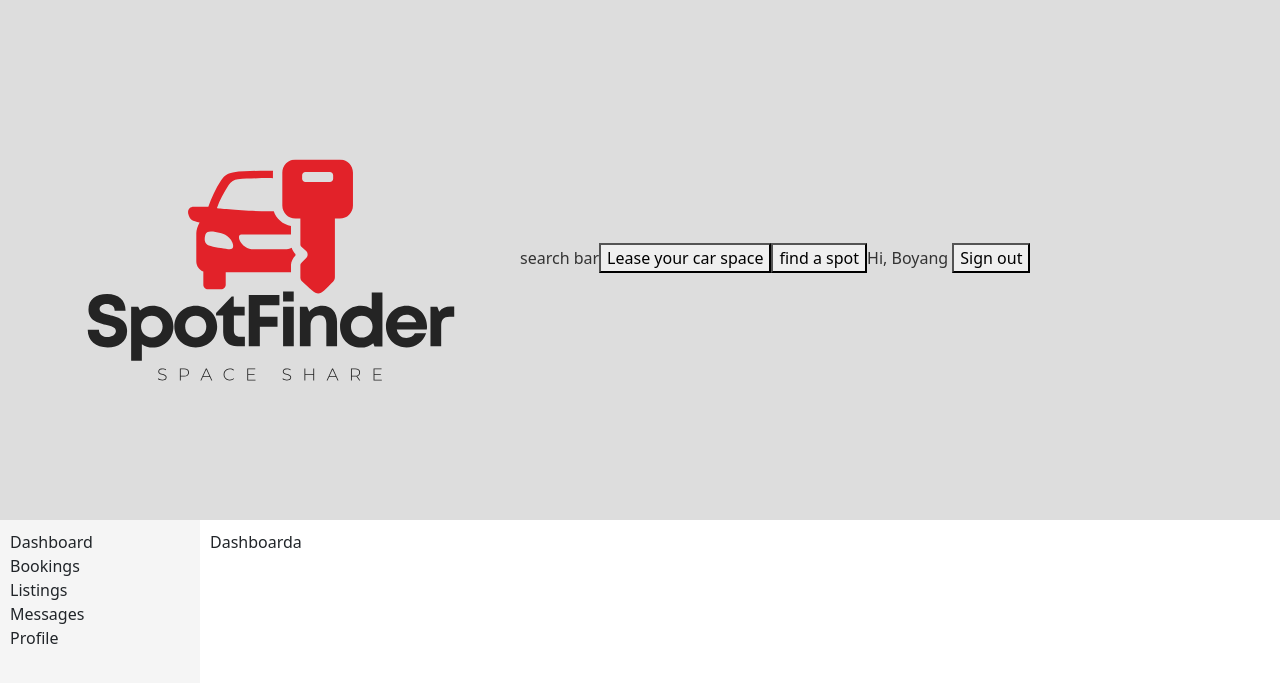
Repository: UNSWSpotFinder/SpotFinder
Page: /dashboard (app in frontend/)
The author's editor kept a copy of each file at every save. The page is drawn from the files as they stood at one save, then again after the next save.
The browser window is 1280 px wide. The pictures show the whole page.
The project was rebuilt for these pictures with package versions that can differ from the ones it lists, and the page was loaded fresh each time. Also part of the build but not shown: frontend/src/Login.css, frontend/src/Login.jsx, frontend/src/Regist.css, frontend/src/Regist.jsx, frontend/src/HomePage.jsx, frontend/src/App.css, frontend/src/components/Bookings.jsx, frontend/src/components/Listings.jsx and 2 more.

Above is the page before, as saved 2024-03-09 18:52:03.

### frontend/src/App.jsx
import logo from './logo.svg';
import React, {
  useState,
  useEffect,
  useRef,
  ChangeEvent,
  LabelHTMLAttributes,
  createContext,
  useContext,
  ReactNode,
} from 'react';
import {HomePageLarge,HomePageAdminSmall,HomePageAdminLarge,HomePageSmall} from './HomePage';
import { ErrorProvider, GlobalSnackbar, ErrorContext } from './API';
import { BrowserRouter, Routes, Route, Link } from 'react-router-dom';
import './App.css';

// 导入Dashboard相关页面组件
import DashboardTop from './components/DashboardTop';
import Dashboard from './components/Dashboard';
import Bookings from './components/Bookings';
import Listings from './components/Listings';
import Profile from './components/Profile';
import Messages from './components/Messages';

function App() {
  const [windowWidth, setWindowWidth] = useState(window.innerWidth);
  useEffect(() => {
    // 添加一个事件监听器，以便在窗口大小改变时更新windowWidth状态
    const handleResize = () => {
      setWindowWidth(window.innerWidth);
    };
    window.addEventListener('resize', handleResize);
    // 清除事件监听器以避免内存泄漏
    return () => {
      window.removeEventListener('resize', handleResize);
    };
  }, []);
  let layoutComponentHost;
  let LayoutComponentHome;
  let LayoutDetail;
  if (windowWidth > 760) {
    layoutComponentHost = null;
    LayoutComponentHome = <HomePageLarge/>;
    LayoutDetail = null;
  } else {
    layoutComponentHost = null;
    LayoutComponentHome = <HomePageSmall/>;;
    LayoutDetail = null;
  }
  return(
    <ErrorProvider>
      <GlobalSnackbar/>
        <BrowserRouter>
          <Routes>
            <Route path="/user/*" element={LayoutComponentHome} />
            {/* DashboardTop作为父路由 */}
            <Route path="/dashboard" element={<DashboardTop />}>
            <Route index element={<Dashboard />} />
            <Route path="bookings" element={<Bookings />} />
            <Route path="listings" element={<Listings />} />
            <Route path="messages" element={<Messages />} />
            <Route path="profile" element={<Profile />} />
          </Route>
            {/* Keep the wildcard route to catch all and render Home */}
            <Route path="/*" element={LayoutComponentHome} />
          </Routes>
        </BrowserRouter>
    </ErrorProvider>
  )
}

export default App;

### frontend/src/API.jsx
import Alert from '@mui/material/Alert';
import Snackbar from '@mui/material/Snackbar';
import Button from '@mui/material/Button';
import Stack from '@mui/material/Stack';
import React, { useState, useEffect, createContext,useContext } from 'react';

import { styled } from '@mui/material';
const port = '8080';
export const meetErrorLog = (error) => {
    console.log(error);
    let errorText = '';
    // switch case to show the error
    switch (error) {
      case 'info':
        errorText = 'Invalid username or password !';
        break;
      case 'access':
        errorText = 'No permission, please log in first!';
        break;
      default:
        errorText = 'Network error! Please try again.';
        break;
    }
    return errorText;
  };
export const ErrorContext = createContext({
    snackbarData: { severity: 'info', message: '1',timestamp: new Date().getTime()},
    setOpenSnackbar: () => {}, // 提供一个空函数避免调用时出错
  });
export const useError = () => useContext(ErrorContext);
export const ErrorProvider = ({ children }) => {
  const [snackbarData, setSnackbarData] = useState({
    severity: 'success',
    message: '',
    timestamp: new Date().getTime()
  });
  const setOpenSnackbar = (data) => {
    setSnackbarData(data);
  };
  return (
    <ErrorContext.Provider value={{snackbarData,setOpenSnackbar}}>
      {children}
    </ErrorContext.Provider>
  );
};
// The message to be displayed in the Snackbar
export const GlobalSnackbar = () => {
const { snackbarData, setOpenSnackbar } = useError();
// State to manage the visibility of the Snackbar
const [open, setOpen] = useState(false);
  useEffect(() => {
    console.log('Alert severity:', snackbarData.severity);
    console.log('Alert :', snackbarData.message);
    if (snackbarData.message) {
      setOpen(true);
    }
  }, [snackbarData.message, snackbarData.timestamp]);

  const handleClose = (event, reason) => {
    if (reason === 'clickaway') {
      return;
    }
    setOpen(false);
  };

return (
    // Snackbar component with automatic hiding and custom styling
    <Snackbar open={open} autoHideDuration={6000} onClose={handleClose}>
        <Alert onClose={handleClose} severity={snackbarData.severity}>
        {snackbarData.message}
        </Alert>
  </Snackbar>
);
};
export const callAPIsendEmailCode = (path,input)=>{
    return new Promise((resolve, reject) =>{
        fetch('http://localhost:'+String(port)+'/'+String(path),{
        method:'POST',
        headers: { 'Content-Type': 'application/json' },
        body:JSON.stringify(input),
        })
        .then((response)=>{
            if(response.ok){
                console.log('success');
                console.log(response);
                return resolve(response);
            }
            else if (response.status===400){
                const errorReason = 'Email not correct!';
                return reject(errorReason);
            }
            else{
                const errorReason = 'There is a problem with the network connection!';
                return reject(errorReason);
            }
        })
        .catch((error)=>{
            console.log(error);
        })
    })

}
export const callAPIverifyEmailCode = (path,input)=>{
    return new Promise((resolve, reject) =>{
        console.log(input);
        console.log('http://localhost:'+String(port)+'/'+String(path));
        fetch('http://localhost:'+String(port)+'/'+String(path),{
        method:'POST',
        headers: { 'Content-Type': 'application/json' },
        body:JSON.stringify(input),
        })
        .then((response)=>{
            if(response.ok){
                console.log('success');
                return resolve(response.json());
            }
            else if (response.status===400){
                const errorReason = 'Incorrect verification code.';
                return reject(errorReason);
            }
            else{
                const errorReason = 'There is a problem with the network connection!';
                return reject(errorReason);
            }
        })
        .catch((error)=>{
            console.log(error);
        })
    })

}
export const callAPIloginUser=(path,input)=>{

}
// 用户注册
export const callAPIRegistUser=(path,input)=>{
     return new Promise((resolve, reject) =>{
        console.log(input);
        console.log('http://localhost:'+String(port)+'/'+String(path));
        fetch('http://localhost:'+String(port)+'/'+String(path),{
        method:'POST',
        headers: { 'Content-Type': 'application/json' },
        body:JSON.stringify(input),
        })
        .then((response)=>{
            if(response.ok){
                console.log('success');
                return resolve(response.json());
            }
            else if (response.status===417){
                const errorReason = 'This email has been registed!';
                return reject(errorReason);
            }
            else{
                const errorReason = 'There is a problem with the network connection!';
                return reject(errorReason);
            }
        })
        .catch((error)=>{
            console.log(error);
        })
    })
}
// 用户登录
export const callAPILoginUser=(path,input)=>{
    return new Promise((resolve, reject) =>{
       console.log(input);
       console.log('http://localhost:'+String(port)+'/'+String(path));
       fetch('http://localhost:'+String(port)+'/'+String(path),{
       method:'POST',
       headers: { 'Content-Type': 'application/json' },
       body:JSON.stringify(input),
       })
       .then((response)=>{
           if(response.ok){
               console.log('success');
               return resolve(response.json());
           }
           else if (response.status===401){
               const errorReason = 'Username does not exist or password is incorrect!';
               return reject(errorReason);
           }
           else{
               const errorReason = 'There is a problem with the network connection!';
               return reject(errorReason);
           }
       })
       .catch((error)=>{
           console.log(error);
       })
   })
}
// 密码修改
export const callAPIResetPwdUser=(path,input)=>{
    return new Promise((resolve, reject) =>{
       console.log(input);
       console.log('http://localhost:'+String(port)+'/'+String(path));
       fetch('http://localhost:'+String(port)+'/'+String(path),{
       method:'POST',
       headers: { 'Content-Type': 'application/json' },
       body:JSON.stringify(input),
       })
       .then((response)=>{
           if(response.ok){
               console.log('success');
               return resolve(response.json());
           }
           else if (response.status===401){
               const errorReason = 'Username does not exist or password is incorrect!';
               return reject(errorReason);
           }
           else{
               const errorReason = 'There is a problem with the network connection!';
               return reject(errorReason);
           }
       })
       .catch((error)=>{
           console.log(error);
       })
   })
}

### frontend/src/components/DashboardTop.jsx
import React from 'react';
import { Outlet } from 'react-router-dom';
import './DashboardTop.css';

const DashboardTop = () => {
  return (
    <div className="dashboard-top">
      <div className="top-nav">
        <img src='/img/LOGO.svg' className='Applogo'></img>
        <span>search bar</span>
        <button>Lease your car space</button>
        <button>find a spot</button>
        <span>Hi, </span>
        <span>Boyang </span>
        <button>Sign out</button>
      </div>
      <div className="content-area">
        <div className="side-nav">
          <div>Dashboard</div>
          <div>Bookings</div>
          <div>Listings</div>
          <div>Messages</div>
          <div>Profile</div>
        </div>
        <div className="main-content">
          <Outlet />
        </div>
      </div>
    </div>
  );
};

export default DashboardTop;

### frontend/src/components/Dashboard.jsx
import React from 'react';
import DashboardTop from './DashboardTop';

const Dashboard = () => {
  // 组件的状态和逻辑

  return (
    <div className='Dashboard'>
      {/* 组件的JSX结构 */}
      Dashboarda
    </div>
  );
}

export default Dashboard;

### frontend/src/HomePage.css
.HomeOverall {
    width: 100%;
    height: 100%;
    margin: 0px;
    padding: 0px;
    display: flex;
    flex-direction: column;
    align-items: center;
}
div.Navbar{
    width: 100%;
    height: 70px;
    margin: 0px 0px 0px 0px;
    padding: 0px 10px 0px 0px;
    display: flex;
    align-items: center;
    justify-content: space-between;
    box-shadow: 0px 0px 10px 0px rgba(164, 164, 164, 0.5);
}
div.SearchPart{
    width: calc(100% - 520px);
    min-width: 200px;
    height: 100%;
    margin: 0px;
    padding: 0px;
    display: flex;
    justify-content: center;
    align-items: center;
    align-content: center;
    flex-direction: row;
}
div.SearchPartsmall{
    width: calc(100% - 320px);
    height: 100%;
    margin: 0px;
    padding: 0px;
    display: flex;
    justify-content: center;
    align-items: center;
    align-content: center;
    flex-direction: row;
}
input.Searchbar{
    width: 100%;
    border-radius: 25px;
    padding-left: 13px;
    height: 45%;
    border: 0px;
    transition: box-shadow 0.3s;
    box-shadow: 0px 1px 5px 1px rgba(170, 170, 170, 0.5);
    position: relative;
    font-size: 12px;
    font-family:Arial, Helvetica, sans-serif;
}
input.Searchbar::placeholder{
    color: rgb(200, 200, 200);
}
img.searchbtn{
    border-radius: 20px;
    width: 20px;
    height: 20px;
    margin: 0px 0px 0px 10px;
    padding: 5px;
    right: 475px;
    position: absolute;
    z-index: 1;
    background-color: rgb(210, 0, 0);
    cursor: pointer;
}
img.searchbtnsmall{
    border-radius: 20px;
    width: 20px;
    height: 20px;
    margin: 0px;
    padding: 5px;
    right: 260px;
    position: absolute;
    z-index: 1;
    background-color: rgb(210, 0, 0);
    cursor: pointer;
}
input.Searchbar:hover{
    box-shadow: 0px 1px 10px 1px rgba(164, 164, 164, 0.5);
}
img.searchbtn:hover + .Searchbar {
    box-shadow: 0px 1px 10px 1px rgba(164, 164, 164, 0.5);
}
img.searchbtnsmall:hover + .Searchbar {
    box-shadow: 0px 1px 10px 1px rgba(164, 164, 164, 0.5);
}
button.newspace{
    border-radius: 30px;
    min-width: 200px;
    max-width: 200px;
    font-weight: bold;
    border: 0px;
    margin-left: 20px;
    height: 50%;
    background-color: rgb(250, 250, 250);
    border: 1px solid rgb(230, 230, 230);
    color: rgb(114, 114, 114);
    transition: 0.3s;
    font-size: 12px;
    cursor: pointer;
}
button.newspace:hover{
    color: rgb(0, 0, 0);
    background-color: rgb(230, 230, 230);
}
div.signwarper{
    margin: 0px 10px 0px 0px;
    height: 100%;
    display: flex;
    align-items: center;
}
button.sign{
    border-radius: 5px;
    width: 100px;
    font-weight: bold;
    border: 0px;
    margin-left:15px;
    height: 50%;
    background-color: rgb(255, 255, 255);
    border: 1px solid rgb(0, 0, 0);
    transition: 0.3s;
    font-size: 12px;
    cursor: pointer;
}
button.sign:hover{
    background-color: rgb(230, 230, 230);
}
input:focus {
    outline: none;
}
img.Applogo{
    height: 100%;
    margin: 0px 0px 0px 10px;
}
p.image-container-title{
    font-weight: 800;
    font-family: Arial;
    position: absolute;
    top: calc(10vw); /* 根据需要调整 */
    left: 5%; /* 根据需要调整 */
    width: 60%;
    color: rgb(0, 0, 0); /* 文字颜色 */
}
p.image-container-title-small{
    font-weight: 800;
    font-size: 20px;
    font-family: Arial;
    position: absolute;
    top: calc(15vw); /* 根据需要调整 */
    left: 5%; /* 根据需要调整 */
    width: 60%;
    color: rgb(0, 0, 0); /* 文字颜色 */
}
p.image-container-sub{
    font-weight: 400;
    font-family: Arial;
    position: absolute;
    left: 5%; /* 根据需要调整 */
    color: rgb(0, 0, 0); /* 文字颜色 */
}
p.image-container-sub-small{
    font-size: 12px;
    font-weight: 400;
    width: 44%;
    top: calc(28vw);
    font-family: Arial;
    position: absolute;
    left: 5%; /* 根据需要调整 */
    color: rgb(0, 0, 0); /* 文字颜色 */
}
p.image-container-txt{
    font-weight: 200;
    font-family: Arial;
    position: absolute;
    left: 5%; /* 根据需要调整 */
    width: 40%;
    color: rgb(0, 0, 0); /* 文字颜色 */
}
p.image-container-txt-small{
    font-size: 12px;
    font-weight: 400;
    width: 40%;
    top: calc(42vw);
    font-weight: 200;
    font-family: Arial;
    position: absolute;
    left: 5%; /* 根据需要调整 */
    color: rgb(0, 0, 0); /* 文字颜色 */
}
@media (max-width: 1200px) {
    p.image-container-sub{
        font-size: 19.0px;
        top: calc(25vw); /* 根据需要调整 */
        width: 45%;
    }
    p.image-container-txt{
        font-size: 20px;
        top: calc(40vw); /* 根据需要调整 */
    }
    p.image-container-title{
        font-size: 30px;
    }
}
@media (min-width: 1200px) {
    p.image-container-sub{
        font-size: 25px;
        width: 40%;
        top: calc(24vw); /* 根据需要调整 */
    }
    p.image-container-txt{
        font-size: 25px;
        top: calc(38vw); /* 根据需要调整 */
    }
    p.image-container-title{
        font-size: 45px;
    }
}

div.FilterPart{
    height: 80px;
    width: 100%;
    padding: 5px;
    background-color: #f9f9f9;
    display: flex;
    justify-content: space-between;
    align-items:center;
}
div.FilterPart-small{
    height: 155px;
    width: 100%;
    background-color: #f9f9f9;
    display: flex;
    flex-direction: column;
    justify-content: space-between;
    padding: 10px 10px 10px 10px;
    border-bottom: 1px solid rgb(238, 238, 238);
}

div.filter-top{
    display: flex;
    align-items: center;
    justify-content: space-between;
}
div.inner-left{
    display: flex;
    flex-direction: column;
    height: 100%;
    margin-right: 20px;
}
select.mglr{
    margin: 0px 5px 0px 0px;
    width: 10%;
    min-width: 130px;
    height: 70%;
    font-size: 12px;
    border-radius: 20px;
}
select.mglr-s{
    margin: 0px 5px 5px 0px;
    width: 10%;
    min-width: 130px;
    font-size: 12px;
    border-radius: 20px;
}
select.mglr-r{
    margin: 0px 5px 0px 0px;
    width: 10%;
    min-width: 90px;
    height: 70%;
    font-size: 12px;
    border-radius: 20px;
}
select.mglr-s-r{
    margin: 0px 5px 0px 0px;
    width: 100px;
    min-width: 90px;
    height: 70%;
    font-size: 12px;
    border-radius: 20px;
}
.popular{
    background-color: white !important;
    color: black !important;
}
div.pricerange{
    display: flex;
    flex-direction: column;
    height: 100%;
    justify-content: center;
    align-items: center;
    padding: 0px;
    margin: 0px;
    margin-left: 5px;
    align-items: center;
}
label.pricerange{
    font-size: 13px;
    font-weight: 500;
    color: black;
    padding: 0px;
}
input.pricerange{
    width: 50px;
    height: 50%;
    font-size: 14px;
    border-radius: 10px;
    border-width: 1px;
    border-style: solid;
    border-color: rgb(0, 0, 0);
    margin: 0px;
    padding: 0px 5px;
}
label.pricerange-s{
    font-size: 15px;
    font-weight: 500;
    color: black;
    padding: 0px 5px 0px 0px;
}
input.pricerange-s{
    height: 60%;
    width: 60%;
    font-size: 16px;
    border-radius: 10px;
    border-width: 1px;
    border-style: solid;
    border-color: rgb(0, 0, 0);
    margin: 0px 5px 0px 0px;
    padding: 0px 5px;
}
.timechoice{
    width: 20%;
    margin: 0px 5px 0px 0px;
}
.timechoice-s{
    margin: 0px 10px;
    width: 40%;
}
div.hflex{
    display: flex;
    height: 100%;
    align-items: center;
}
button.selectcar{
    width: 140px;
    font-size: 10px;
    height: 50px;
    background-color: black;
    color: white;
    font-weight: 500;
    border: 0px;
    border-radius: 10px;
    transition: 0.3s;
    margin-left: 5px;
}
button.selectcar:hover{
    background-color: rgb(55, 55, 55);
    color: rgb(255, 255, 255);
}
div.marginLR{
    display: flex;
    margin: 0px 5px;
    width: 100%;
}
div.ListingPart{
    width: 100%;
    margin-top: 15px;
    margin-bottom: 15px;
    padding: 0px 0px 0px 10px;
    display: flex;
    flex-wrap: wrap;
}
div.SpaceOverall{
    height: 135px;
    box-shadow: 0px 0px 10px 0px rgba(164, 164, 164, 0.5);
    border-radius: 10px;
    display: flex;
    align-items: center;
    padding: 0px 7px;
    margin: 0px 10px 10px 0px;
}

@media (max-width: 800px) {
    div.SpaceOverall{
        width: calc(100vw - 15px);
        min-width: 385px;
    }
}

@media (max-width: 1200px) and (min-width:800px) {
    div.SpaceOverall{
        width: calc(50vw - 15px);
        min-width: 385px;
    }
}

@media (min-width: 1200px) {
    div.SpaceOverall{
        width: calc(33.33vw - 14px);
    }
}

img.spaceimg{
    border-radius: 12px;
    object-fit: cover;
}
div.info{
    height:90%;
    margin-left:10px ;
    width: 100%;
}
p.space-title{
    padding: 0px;
    margin: 0px;
    font-size: 16px;
    color: #555555;
}
p.space-price{
    padding: 0px;
    margin: 0px;
    font-size: 12px;
    margin-top: 4px;
    color: #7F7F7F;
}
p.space-location{
    padding: 0px;
    margin: 0px;
    font-size: 12px;
    margin-top: 2px;
    color: #7F7F7F;
}
p.space-type{
    padding: 0px;
    margin: 0px;
    font-size: 12px;
    margin-top: 2px;
    color: #7F7F7F;
    margin-bottom: 2px;
}
div.order-part{
    display: flex;
    margin-top: 7px;
}
img.order-times{
    width: 20px;
    height: 20px;
}
p.times{
    padding: 0px;
    margin: 0px 0px 0px 3px;
    font-size: 13px;
    color: #7F7F7F;
}
div.right-top{
    display: flex;
    flex-direction: row;
    justify-content: space-between;
    width: 100%;
}
div.right-bottom{
    display: flex;
    flex-direction: row;
    justify-content: space-between;
    width: 100%;
    height: 30px;
    margin-bottom: 5px;
}
div.rate-part{
    display: flex;
    justify-content: center;
}
img.rate-img{
    width: 20px;
    height: 20px;
    margin-right: 2px;
}
p.rate-txt{
    color: #333333;
    font-size: 14px;
    margin: 0px;
    padding: 0px;
}
button.specific-info{
    border: 0px;
    background-color:#E22229;
    border-radius: 5px;
    color: white;
    height: 30px;
    width: 180px;
    font-size: 12px;
    font-weight: 500;
    transition: 0.3s;
    margin: 1px 0px;
}
button.specific-info:hover{
    background-color:#ba191e;
}
div.filter-bottom{
    display: flex;
    align-items: center;
    justify-content: space-between;
}

### frontend/src/components/DashboardTop.css
/* DashboardTop.css */

/* 整体布局 */
.dashboard-top {
    display: flex;
    flex-direction: column;
    height: 100vh; /* 使布局填满整个视口高度 */
  }

  /* 顶部导航样式 */
  .top-nav {
    background-color: #ddd;
    color: #333;
    padding: 10px;
  }

  /* 内容区域样式，包含侧边导航和主内容区 */
  .content-area {
    display: flex;
    flex-grow: 1; /* 占据剩余空间 */
  }

  /* 侧边导航样式 */
  .side-nav {
    background-color: #f5f5f5; /* 浅色背景 */
    width: 200px; /* 定宽 */
    padding: 10px; /* 内边距 */
  }

  /* 主内容区域样式 */
  .main-content {
    flex-grow: 1; /* 占据剩余空间 */
    padding: 10px; /* 内边距 */
  }

  img.Applogo{
    height: 100%;
    margin: 0px 0px 0px 10px;
  }

Loaded but not shown: frontend/public/index.html (common file); frontend/src/index.js (common file); frontend/src/index.css (common file); frontend/src/reportWebVitals.js (common file)

After the next save:
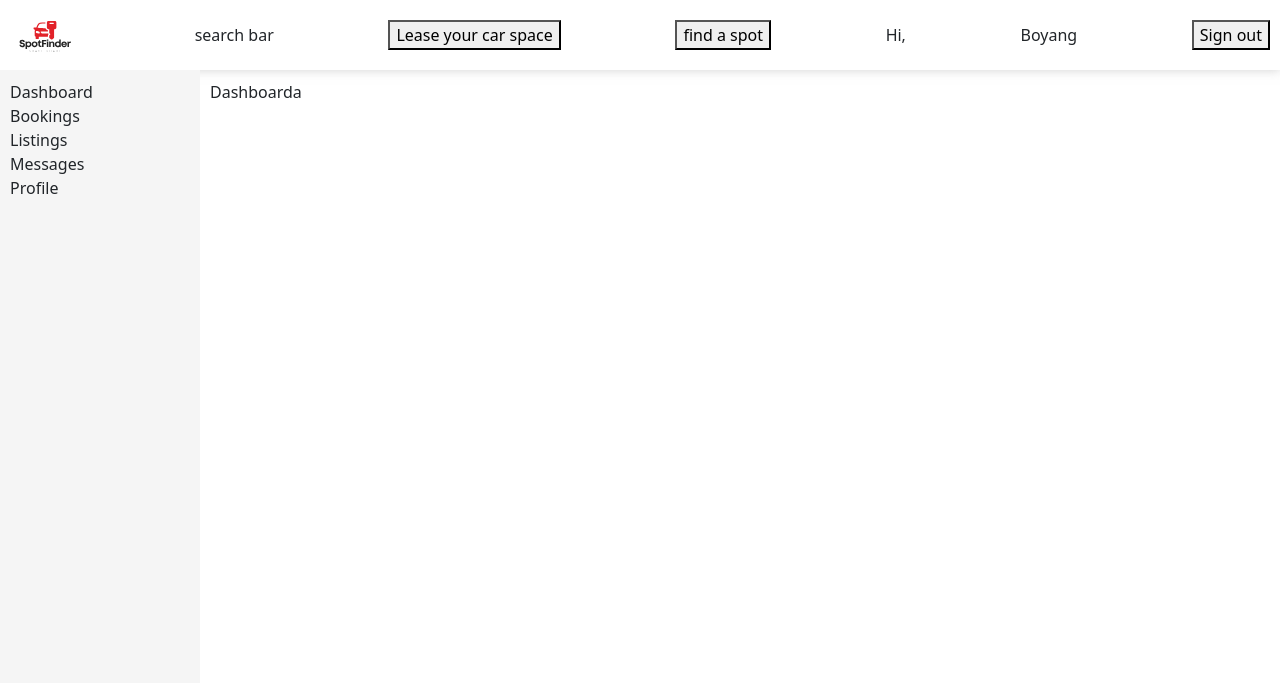
Saved 33 s later.
--- a/frontend/src/components/DashboardTop.jsx
+++ b/frontend/src/components/DashboardTop.jsx
@@ -5,7 +5,7 @@ import './DashboardTop.css';
 const DashboardTop = () => {
   return (
     <div className="dashboard-top">
-      <div className="top-nav">
+      <div className="Navbar">
         <img src='/img/LOGO.svg' className='Applogo'></img>
         <span>search bar</span>
         <button>Lease your car space</button>
